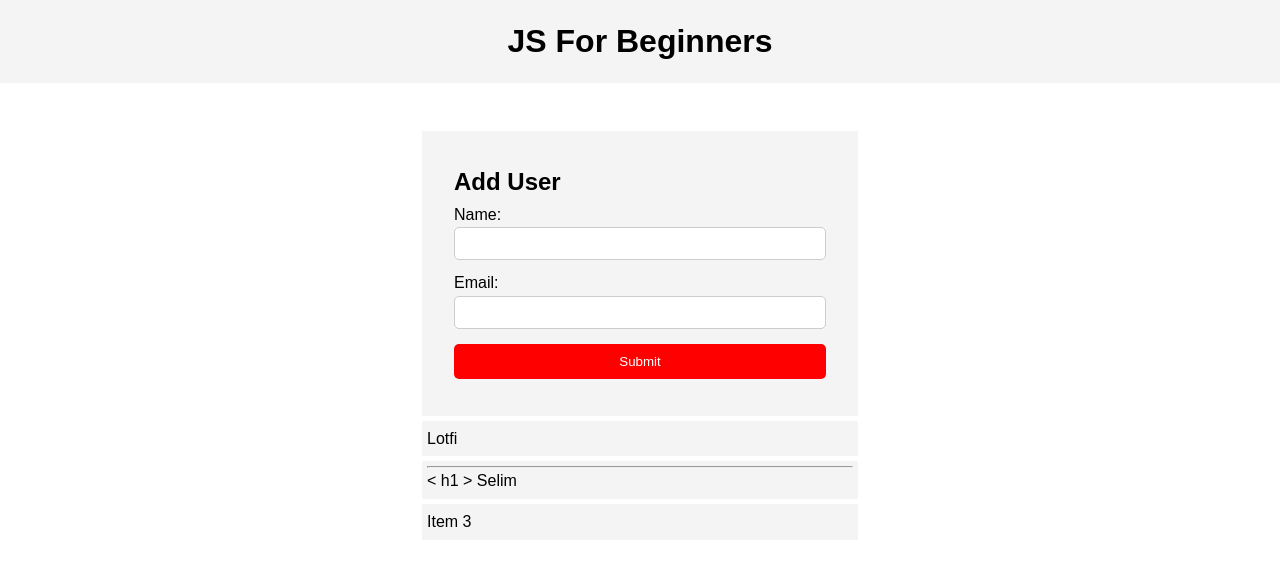
Repository: balkisys/FormationFullStackJS
Page: index.html
These files come from the project's save history. The page is drawn as it stood at one moment and after the next save; the edit follows.
The browser window is 1280 px wide. The pictures show the whole page.

Above is the page before, as saved 2021-03-20 13:20:31.

After the next save:
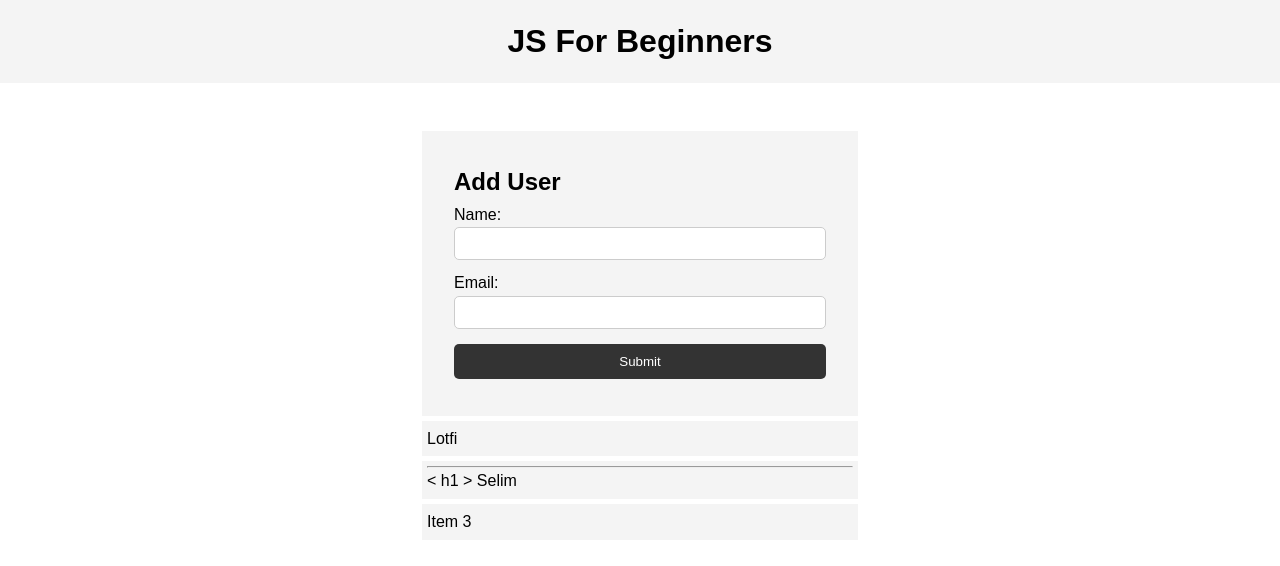
Console error: TypeError: Cannot set properties of undefined (setting 'backgroundColor')
Saved 21 s later.
--- a/test.js
+++ b/test.js
@@ -281,7 +281,7 @@
 //ul.firstElementChild.remove();
 ul.firstElementChild.textContent = 'Lotfi';
 ul.children[1].innerHTML = ' <hr></hr> < h1 > Selim</h1 > ';
-const btn = document.querySelector('.btn');
+const btn = document.getElementsByClassName('btn');
 btn.style.backgroundColor = 'red';
 
 

After the 2 saves that followed:
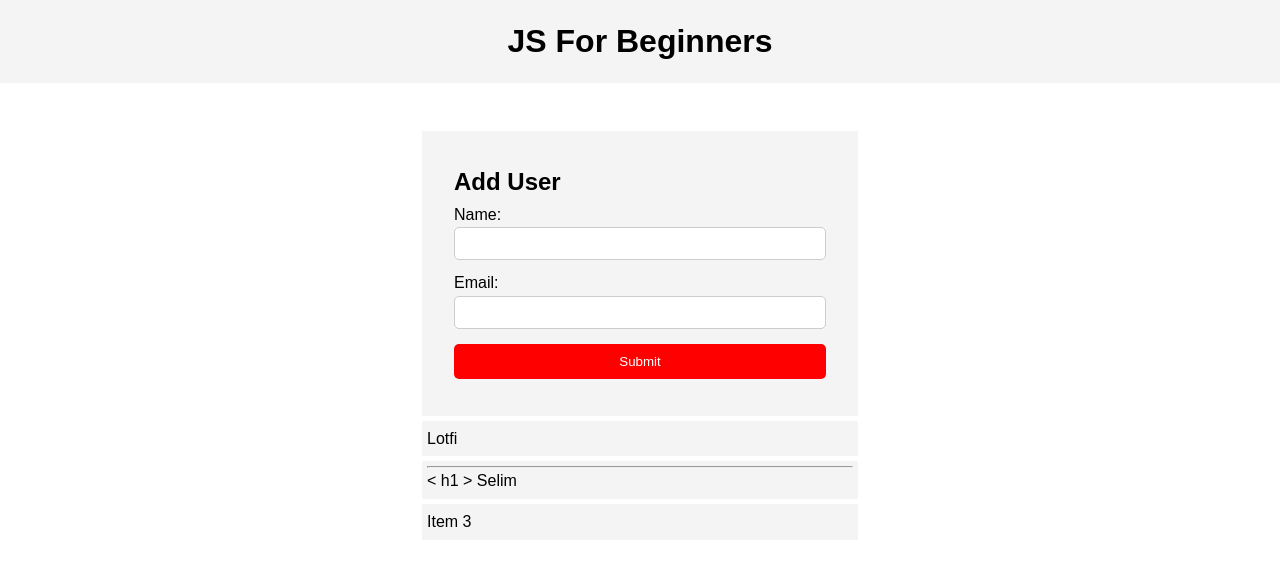
The error is gone.
The 2 saves are shown as one change because 1 left the picture as it was.
The last was saved 32 s later.
--- a/test.js
+++ b/test.js
@@ -281,7 +281,7 @@
 //ul.firstElementChild.remove();
 ul.firstElementChild.textContent = 'Lotfi';
 ul.children[1].innerHTML = ' <hr></hr> < h1 > Selim</h1 > ';
-const btn = document.getElementsByClassName('btn');
+const btn = document.querySelector('.btn');
 btn.style.backgroundColor = 'red';
 
 
